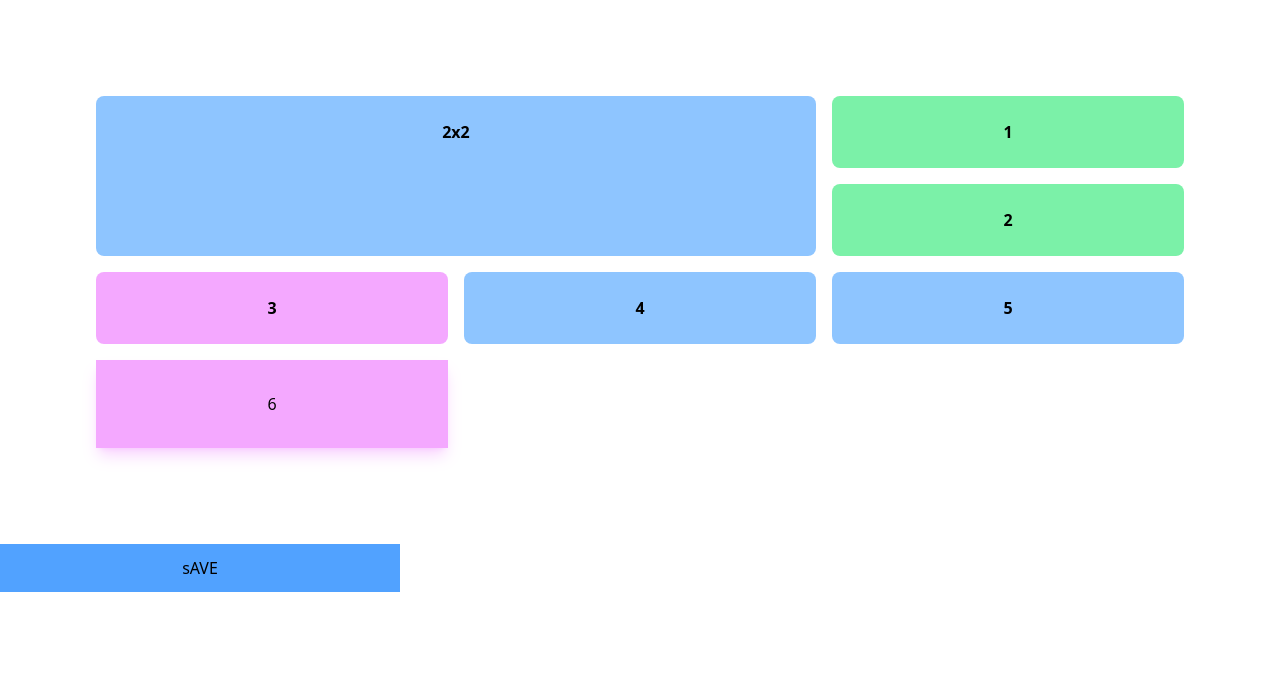
Repository: Abdulahi338/TailwindCss-exercise
Page: Exercise3/index.html
These files come from the project's save history. The page is drawn as it stood at one moment and after a run of saves; the edit follows.
The browser window is 1280 px wide. The pictures show the whole page.

Above is the page before, as saved 2025-08-12 17:55:33.

After the next 5 saves:
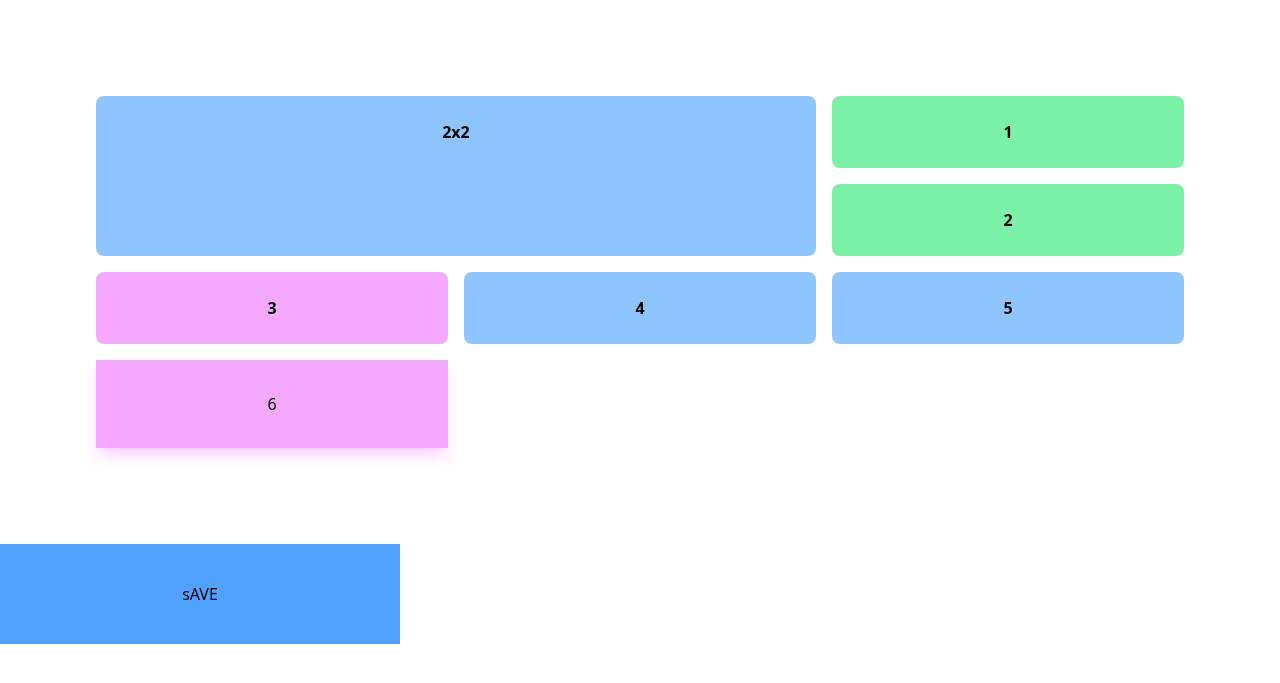
The 5 saves are shown as one change because they came seconds apart.
The last was saved 15 s later.
--- a/Exercise3/index.html
+++ b/Exercise3/index.html
@@ -19,7 +19,7 @@
         <div class="bg-fuchsia-300 p-8 font-med shadow-lg shadow-fuchsia-300/50">6</div>
 
     </div>
-            <button class="p-3 mx-auto w-100 hei1 bg-blue-400">sAVE</button>
+            <button class="p-3 mx-auto w-100 h-[100px] bg-blue-400">sAVE</button>
 
 
 
